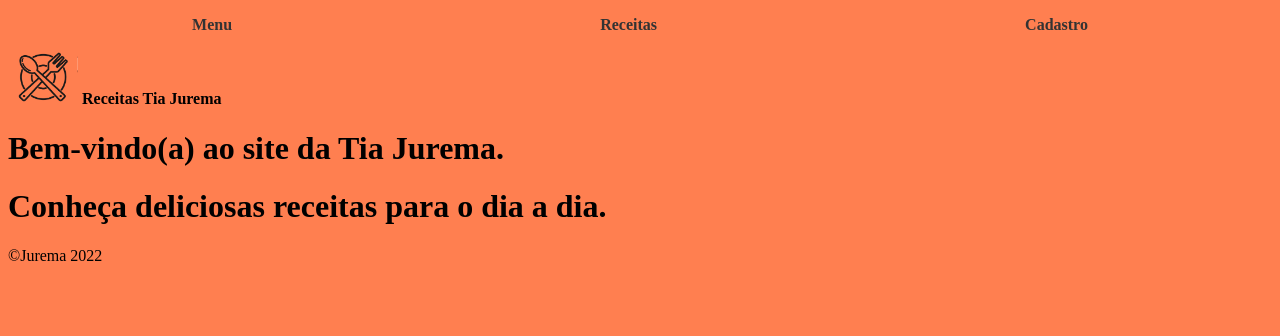
Repository: devropaes/RECEITAS
Page: OneDrive/Área de Trabalho/Estudos/Estácio/receitas/menu.html
These files come from the project's save history. The page is drawn as it stood at one moment and after the next save; the edit follows.
The browser window is 1280 px wide. The pictures show the whole page.
Some web libraries are served in a nearby version.

Above is the page before, as saved 2024-03-12 13:17:32.

### OneDrive/Área de Trabalho/Estudos/Estácio/receitas/menu.html
<!DOCTYPE html>
<html lang="pt-br" ></html>
<head>
  <head>
    <meta charset="UTF-8">
    <meta http-equiv="X-UA-Compatible" content="IE=edge">
    <meta name="viewport" content="width=device-width, initial-scale=1.0">
    <script src="https://kit.fontawesome.com/a076d05399.js" crossorigin="anonymous"></script>
    <link rel="stylesheet" href="./menu.css">
    <link rel="stylesheet" href="./assets/Foto3.png">

    <title>Menu</title>
    <link rel="stylesheet" href="./menu.css">
    </head>
<body>

    <ul class="navlist">
      <li><a href="home.html">Menu</a></li>
      <li><a href="receitas.html">Receitas</a></li>
      <LI><a href="cadastro.html">Cadastro</a></LI>
    </ul>

    <main class="logo">
        <img src="./assets/Foto3.png" alt="logo">
              <a class = "receitas__tia__jurema"> <strong>Receitas Tia Jurema</strong> </a>
              <div class=" apresentacao">
                <h1>Bem-vindo(a) ao site da Tia Jurema.</h1>
                <h1>Conheça deliciosas receitas para o dia a dia.</h1>
            </div>

      </main>
      </body>


      <footer class="rodape">
           <p>&copy;Jurema 2022 </p>
      </footer>

### OneDrive/Área de Trabalho/Estudos/Estácio/receitas/menu.css

@import url('https://fonts.googleapis.com/css2?family=Krona+One&family=Montserrat:wght@400;600&display=swap');

:root {
    --cor-primaria:#ff7f50;
    --cor-secundaria:#333;
    --cor-terciaria:#000;
    --cor-hover:#fff;

    --font-primaria:var("Arial, Helvetica", sans-serif);
    --font-secundaria:var("Krona-One", sans-serif);

}

*{
    marging: 0;
    padding: 0;
}

img {
    width: 70px;




}
.navlist {
    list-style: none;
    padding: 0;
    display: flex;
    justify-content: space-around;
    color: var(--cor-secundaria);
    font-weight: 600;

}

.navlist li {
    margin: 0;
  }

  .navlist a {
    text-decoration: none;
    color: var(--cor-secundaria);
    font-size: 16px;
    font-weight: 600;
    font-family: var(--font-primaria);
  }

body {
    background-color: var(--cor-primaria);
    font-family: var(--font-secundaria;
    font-size: 18px;
    text-decoration: none;
    text-justify: center;
    font-weight: 600;

}

header {
    text-decoration: none;
}

.receitas__tia__jurema {

    font-weight: 600;
    color: var(--cor-secundaria);
    padding: 30px;
    text-decoration: none;

}

.cabecalho{
    background-color:var(--cor-primaria);
    font-family:var(--font-secundaria) ;
    font-weight: 600;
    color: var(--cor-secundaria);
    padding: 10px;
    text-decoration: none;

}

.cabecalho__menu {
    background-color: var(--cor-primaria);
    font-family: var(--font-secundaria);
    font-weight: 600;
    display: flex;
    justify-content: left;
    color: var(--cor-secundaria);
    text-decoration: none;

}


.cabecalho__menu__link {
    background-color: var(--cor-primaria);
    font-family: var(--font-secundaria);
    font-weight: 600;
    color: var(--cor-secundaria);
    text-decoration: none;
    padding: 5px 10px;
    margin: 0 10px;
    pad: 50px;

}
.cabecalho__cadastro__link {
    background-color: var(--cor-primaria);
    font-family: var(--font-secundaria);
    font-weight: 600;
    color: var(--cor-secundaria);
    text-decoration: none;
    padding: 5px 10px;
    margin: 0 10px;
    pad: 50px;
}


.apresentacao :hover {
    font-family: var(--font-secundaria);
    font-weight: 600;
    background-color:var(--cor-primaria);
    text-align: center;
    padding: 5%;
    max-width: 1200px;
    flex-direction: center;
    display: flex;
    align-items: center;
    justify-content: space-around;

}

.apresentacao__conteudo {
    font-family: var(--font-secundaria);
    font-weight: 600;
    color: var(--cor-secundaria)
    pad:62px;
    gap:40px;

}
.apresentacao__conteudo__titulo {
    justify-items:center;
    align-items: center;
    width: 100%;
    gap: 40px;

}


.apresentacao__receitas__link {
    align-items: center;
    display:flex;
    gap: 40px;
    width: 50%;
    text-align: center;

}


.rodape {
    background-color: var(--cor-terciaria);
    color: var(--cor-hover);
    text-align: center;
    padding: 2px;
    position: fixed;
    border-bottom:var(--cor-hover);
    left: 0; /* Alteração aqui para fixar o rodapé no lado esquerdo */
    bottom: 0%;
    width: 100%;
    margin: 0%;
    max-width: 100%;

}
@media (max-width: 1200px) {
    .cabecalho {
        padding: 10%;
    }
    .cabecalho__menu {
        justify-content: center ;
    }
    .apresentacao {
        flex-direction: column-reverse;
        padding:5%;
    }
    .apresentacao__conteudo {
        width: auto;
    }

    }

After the next save:
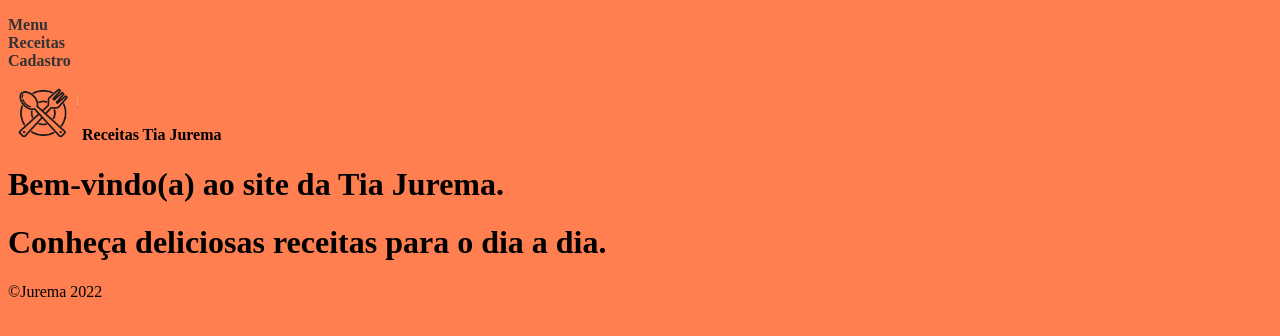
Saved 60 s later.
--- a/OneDrive/Área de Trabalho/Estudos/Estácio/receitas/menu.css
+++ b/OneDrive/Área de Trabalho/Estudos/Estácio/receitas/menu.css
@@ -19,8 +19,11 @@
 
 img {
     width: 70px;
+}
 
+.receitas__tia__jurema {
 
+}
 
 
 }

After the save that followed:
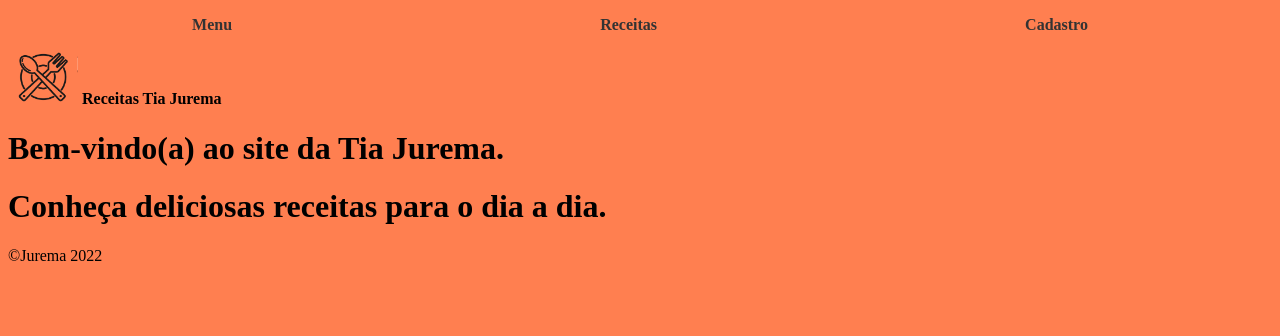
Saved 9 s later.
--- a/OneDrive/Área de Trabalho/Estudos/Estácio/receitas/menu.css
+++ b/OneDrive/Área de Trabalho/Estudos/Estácio/receitas/menu.css
@@ -26,7 +26,7 @@ img {
 }
 
 
-}
+
 .navlist {
     list-style: none;
     padding: 0;
